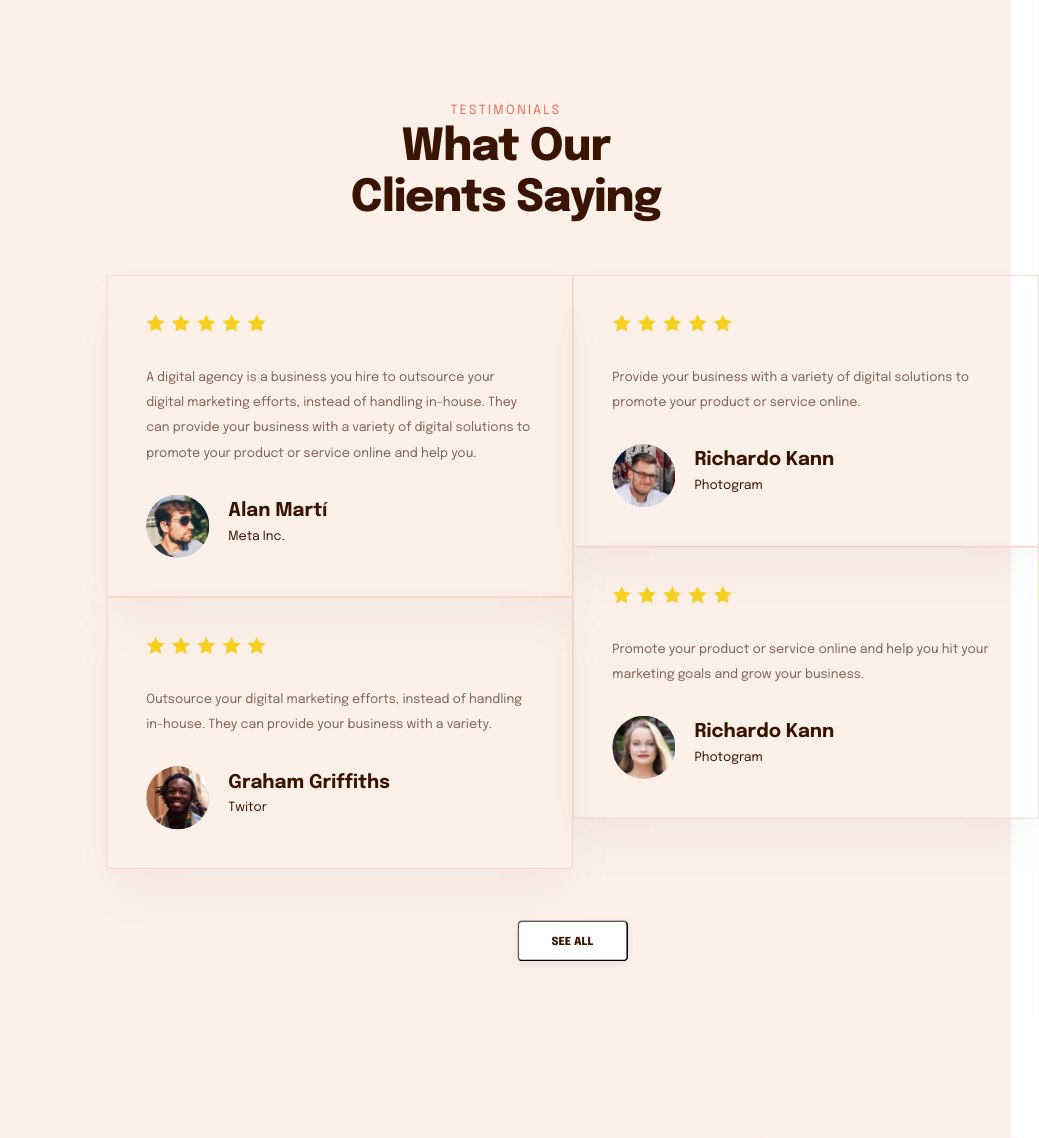
Repository: HeybetzadeQedim/task-6
Page: TESTIMONIALS/index.html
An editor plug-in stored every save of this project. The page is shown before and after a run of saves, followed by the edit.
The browser window is 1280 px wide. The page is 1315 px wide, so the pictures cover 1315 px, including what lies to the right of the window. The pictures show the whole page, at 79% of full size.

Above is the page before, as saved 2023-10-30 16:04:43.

After the next 4 saves:
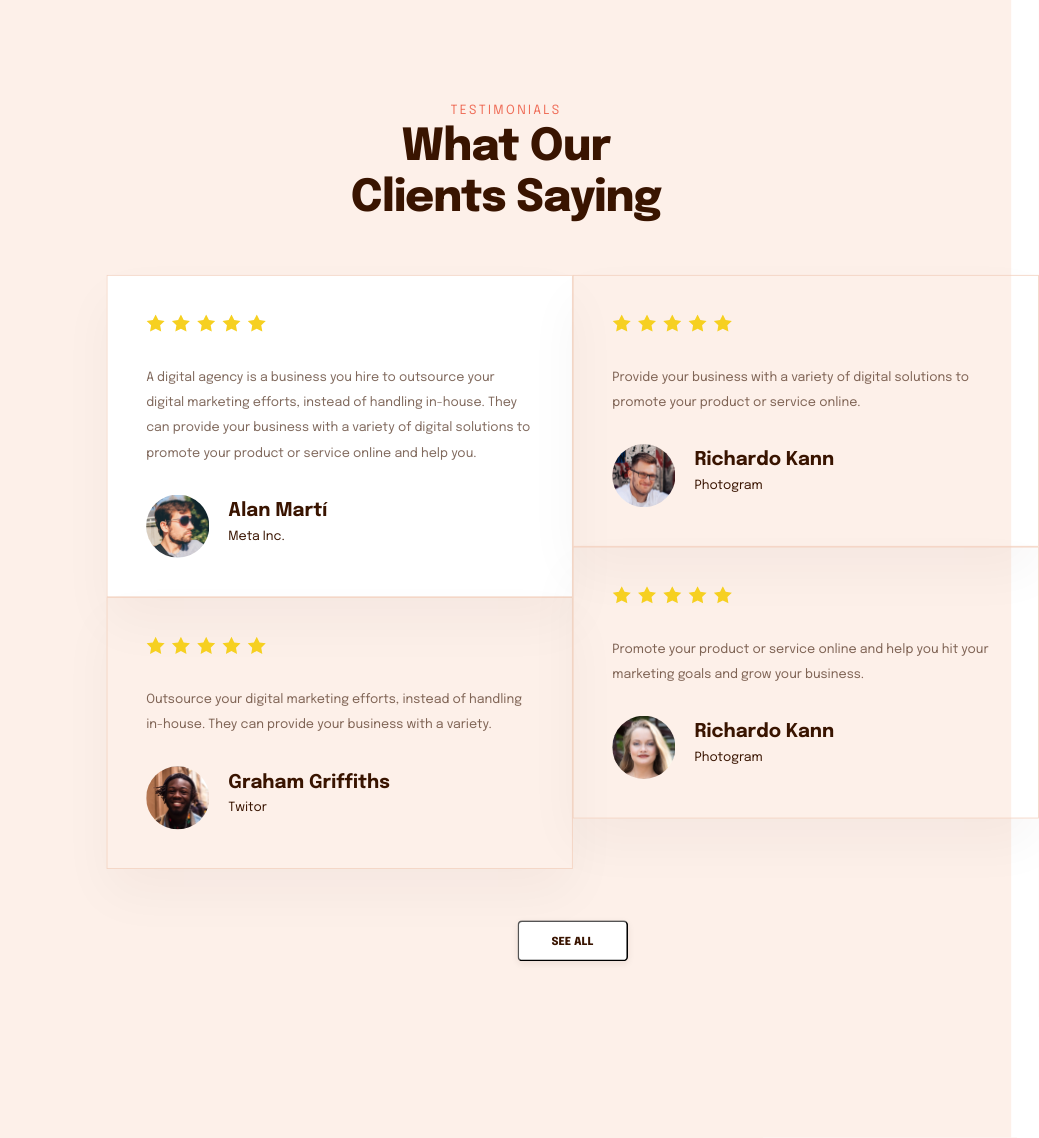
The 4 saves are shown as one change because they came seconds apart.
The last was saved 17 s later.
--- a/TESTIMONIALS/index.css
+++ b/TESTIMONIALS/index.css
@@ -36,10 +36,14 @@
   margin-top: 64px;
   display: flex;
 }
+
 .box {
   padding: 49px ;
   border: 1px solid #f3d1bf;
   box-shadow: 0px 32px 64px 0px rgba(57, 20, 0, 0.04);
+}
+.box-1{
+  background-color: white;
 }
 .box-contanier .box-1 img:first-child {
   width: 152px;
